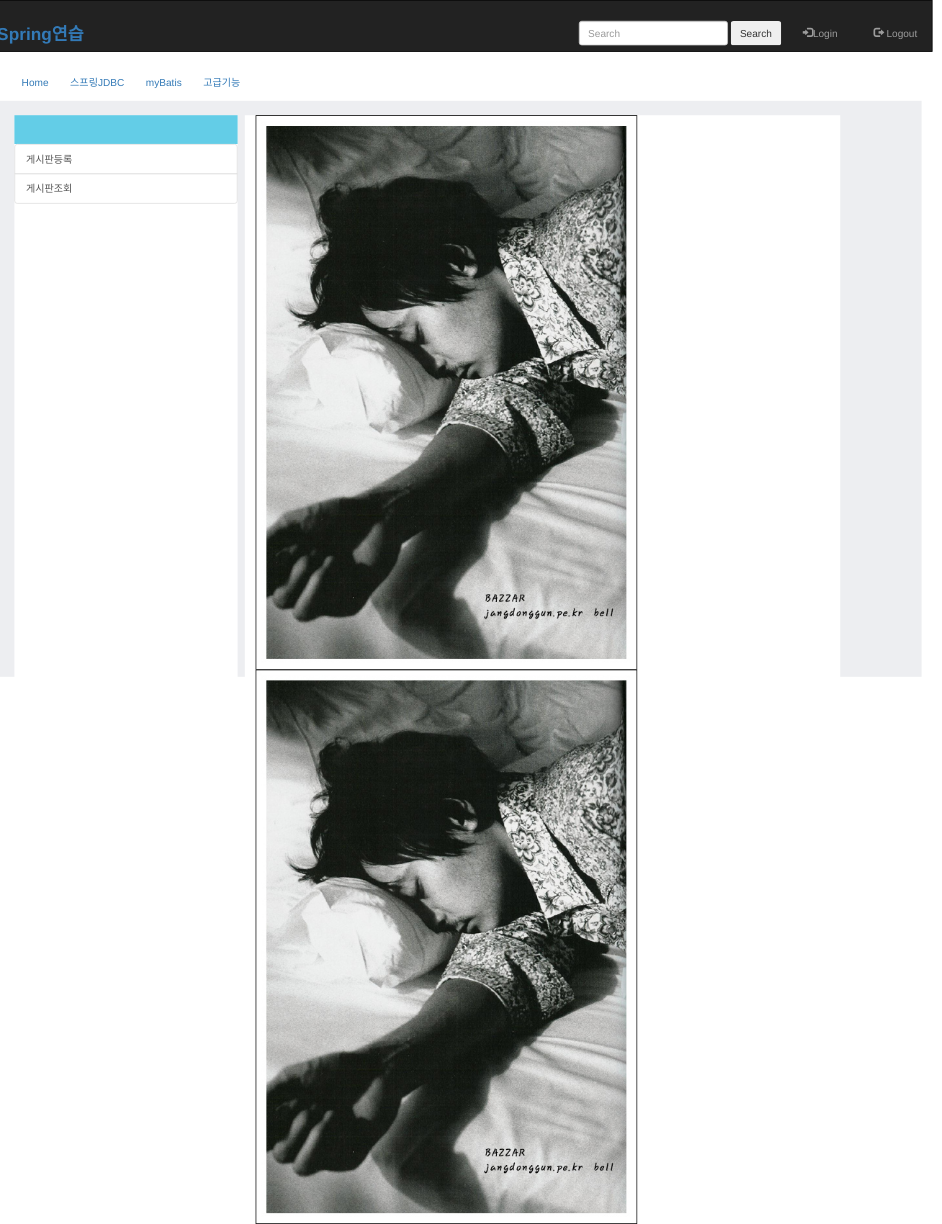
Repository: tawn0414/sts
Page: http://localhost/springmvc/template/mybatisLayout.jsp
The author's editor kept a copy of each file at every save. The page is drawn from the files as they stood at one save, then again after the next save.
The browser window is 1280 px wide. The page is 1309 px wide, so the pictures cover 1309 px, including what lies to the right of the window. The pictures show the whole page, at 72% of full size.
The page is served by Tomcat 9. Other server files are loaded and not shown.

Above is the page before, as saved 2020-01-29 07:12:48.

### springmvc/WebContent/template/mybatisLayout.jsp
<%@ page language="java" contentType="text/html; charset=UTF-8"
	pageEncoding="UTF-8"%>
<!DOCTYPE html>
<html>
<head>
<meta charset="UTF-8">
<meta name="viewport" content="width=device-width, initial-scale=1">

   <link rel="stylesheet" href="/springmvc/common/css/main.css" />
  <link rel="stylesheet" href="https://maxcdn.bootstrapcdn.com/bootstrap/3.3.7/css/bootstrap.min.css">
  <script src="https://ajax.googleapis.com/ajax/libs/jquery/3.3.1/jquery.min.js"></script>
  <script src="https://maxcdn.bootstrapcdn.com/bootstrap/3.3.7/js/bootstrap.min.js"></script>
<style>
	/* Remove the navbar's default margin-bottom and rounded borders */
	.navbar {
		margin-bottom: 0;
		border-radius: 0;
	}
	/*  #toparea{
		padding: 30px;
	}  */
	/* body{
		background-color: #edeef1
	} */
</style>
<title>Insert title here</title>
</head>
<body>
		<div id="top" class="row">
			<jsp:include page="top.jsp"></jsp:include>

		</div>


		<div style="background-color: #edeef1;padding: 20px;height: 800px">

			<div class="row" style="margin-left: auto;margin-right: auto;">
			 	<div class="col-sm-3"
			 	style="background-color: white;margin-right:10px;padding: 0px ">
			 		 <div
			 		 style="border-color:white;height: 800px;">
				        <div style="background-color:#63cde7;padding: 20px;
				        font-family:HY-견고딕;font-size: 16pt;color: white;
				         font-weight: bolder;"></div>
						<jsp:include page="../menu/mybatis_menu.jsp"/>
      				 </div>
			 	</div>
			 	<div class="col-sm-8" style="background-color: white;height: 800px;">
					<jsp:include page="content.jsp"/>

			 	</div>
			</div>
	</div>
</body>
</html>

### springmvc/WebContent/template/top.jsp
<%@ page language="java" contentType="text/html; charset=UTF-8"
	pageEncoding="UTF-8"%>
<!DOCTYPE html>
<html>
<head>
<meta charset="UTF-8">
<meta name="viewport" content="width=device-width, initial-scale=1">
  <link rel="stylesheet" href="/springmvc/common/css/main.css" />
  <link rel="stylesheet" href="https://maxcdn.bootstrapcdn.com/bootstrap/3.3.7/css/bootstrap.min.css">
  <script src="https://ajax.googleapis.com/ajax/libs/jquery/3.3.1/jquery.min.js"></script>
  <script src="https://maxcdn.bootstrapcdn.com/bootstrap/3.3.7/js/bootstrap.min.js"></script>
<style>
	/* Remove the navbar's default margin-bottom and rounded borders */
	.navbar {
		margin-bottom: 0;
		border-radius: 0;
	}
	/*  #toparea{
		padding: 30px;
	}  */
	/* body{
		background-color: #edeef1
	} */
</style>
<title>Insert title here</title>
</head>
<body>

	<div style="height:90px" style="padding:10px">
		<div id="toparea"  class="navbar navbar-inverse">
			<a href="#" style="position:absolute;top:30px;font-size: 18pt; font-weight: bolder;text-decoration: none;padding-left: 10px">Spring연습</a>
			<ul class="nav navbar-nav navbar-right"
			 style="position:relative ;top:20px" >
					<li style="margin-right: 20px;height: 70px">
						<a href="/annotation/view/emp/loginView.do"><span class="glyphicon glyphicon-log-in">
							</span>Login</a></li>
					<li style="margin-right: 20px;height: 70px"><a href="/annotation/emp/logout.do"><span class="glyphicon glyphicon-log-out"></span>
								Logout</a></li>
			</ul>



			<form class="navbar-form pull-right" style="position:relative ;top:20px">
				<input class="form-control mr-sm-2" type="search"
					placeholder="Search" aria-label="Search">
				<button class="btn btn-outline-success my-2 my-sm-0" type="submit">Search</button>

			</form>

		</div>

	</div>
	<nav>
	<div class="container-fluid">
			<div class="collapse navbar-collapse" id="myNavbar">
				<ul class="nav navbar-nav">
					<li class="active"><a href="/annotation/index.do">Home</a></li>
					<li><a href="/annotation/menu/jdbc.do">스프링JDBC</a></li>
					<li><a href="/firstPro/template/mybatisLayout.jsp">myBatis</a></li>
					<li><a href="/annotation/menu/advanced.do">고급기능</a></li>

				</ul>

			</div>
		</div>
	</nav>
</body>
</html>

### springmvc/WebContent/menu/mybatis_menu.jsp
<%@ page language="java" contentType="text/html; charset=UTF-8"
	pageEncoding="UTF-8"%>
<!DOCTYPE html>
<html>
<head>
<meta charset="UTF-8">
<title>Insert title here</title>
</head>
<body>
	<div class="list-group">
		<a href="/annotation/board/insertView.do"	class="list-group-item">게시판등록</a>
		<a href="/annotation/board/list.do?category=all" class="list-group-item">게시판조회</a>

	</div>
</body>
</html>

### springmvc/WebContent/template/content.jsp
<%@ page language="java" contentType="text/html; charset=UTF-8"
    pageEncoding="UTF-8"%>
<!DOCTYPE html>
<html>
<head>
<meta charset="UTF-8">
<title>Insert title here</title>
</head>
<body>
	<img alt="" src="/springmvc/images/jang.jpg">
	<img alt="" src="/springmvc/images/jang.jpg">
</body>
</html>

### springmvc/WebContent/common/css/main.css
@CHARSET "EUC-KR";

#banner-wrapper {
	margin-top: 50px;
	margin-left: 30px;
	margin-right: 30px;
}

table{
	border-collapse: collapse;

}
/* td{
	font-size: 9pt;
	border-top-style:solid;
	border-top-color: #dedddf;
	border-top-width: 1px;
	height: 40px;
	border-bottom-color: #dedddf;
	border-bottom-style: solid;
	border-bottom-width: 1px;
} */

th{
	background-color: #dedddf;

}
 .boardContent{
	width: 200px;
	height: 30px;
 }
 .boardDate{
	width: 100px;height: 30px
 }
.boardContent:HOVER {
	color: #63cde7
}

### springmvc/WebContent/mybatis/main.jsp
<%@ page language="java" contentType="text/html; charset=UTF-8"
    pageEncoding="UTF-8"%>
<!DOCTYPE html>
<html>
<head>
<meta charset="UTF-8">
<title>Insert title here</title>
</head>
<body>
	<h1>mybatis메인페이지</h1>
</body>
</html>

After the next save:
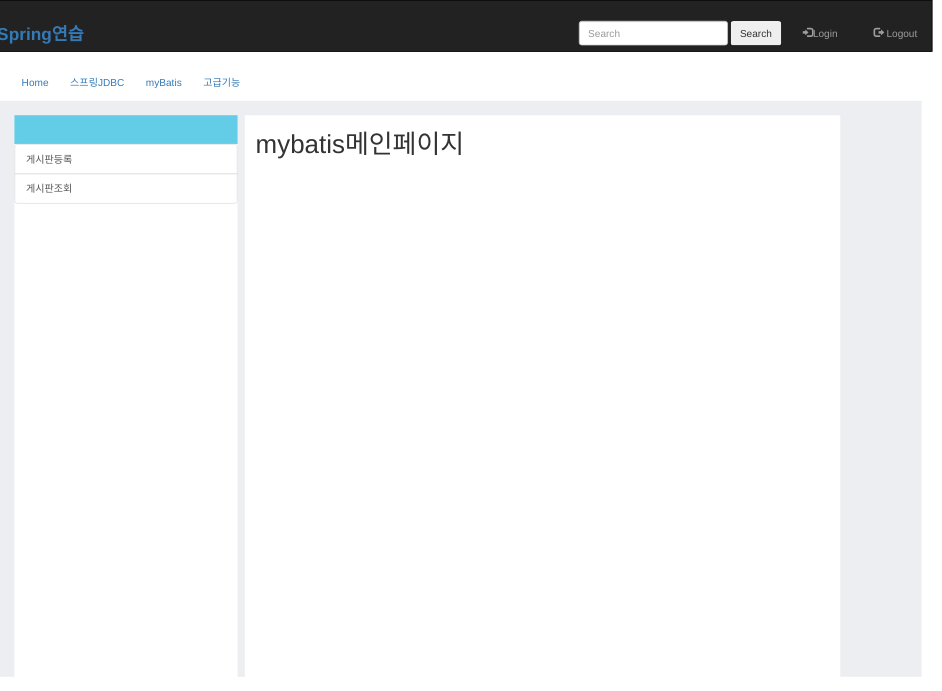
Saved 22 s later.
--- a/springmvc/WebContent/template/mybatisLayout.jsp
+++ b/springmvc/WebContent/template/mybatisLayout.jsp
@@ -46,7 +46,7 @@
       				 </div>
 			 	</div>
 			 	<div class="col-sm-8" style="background-color: white;height: 800px;">
-					<jsp:include page="content.jsp"/>
+					<jsp:include page="../mybatis/main.jsp"/>
 
 			 	</div>
 			</div>
